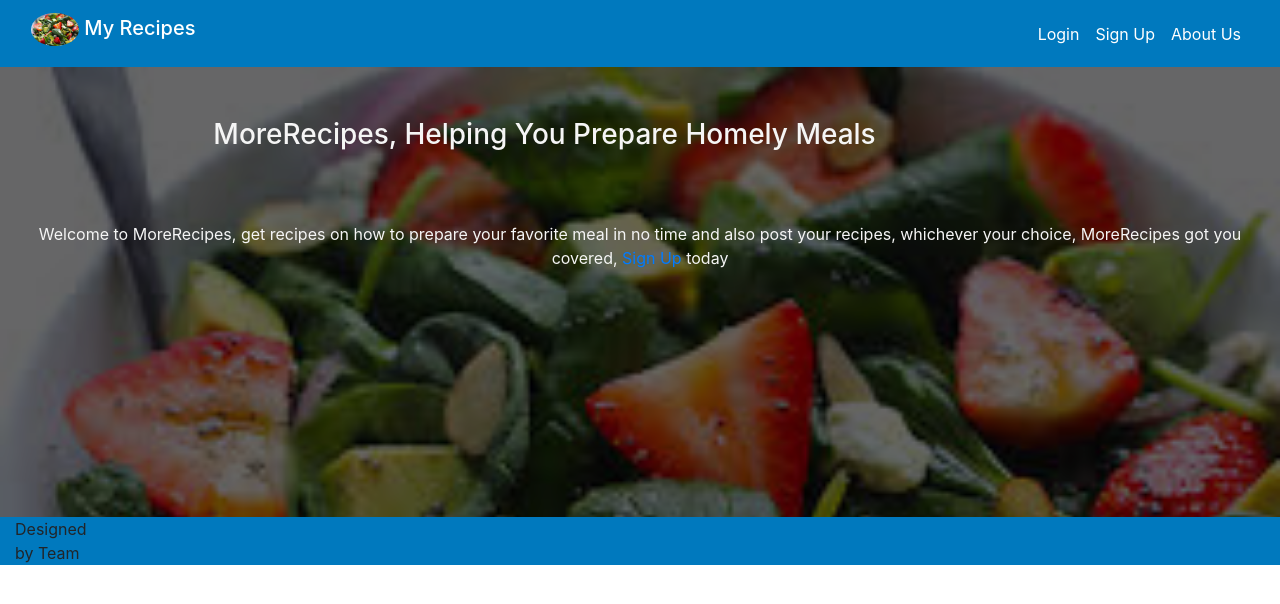
Repository: UggoPrince/more-recipes
Page: html/index.html
The author's editor kept a copy of each file at every save. The page is drawn from the files as they stood at one save, then again after the next save.
The browser window is 1280 px wide. The pictures show the whole page.

Above is the page before, as saved 2018-07-30 07:07:26.

After the next save:
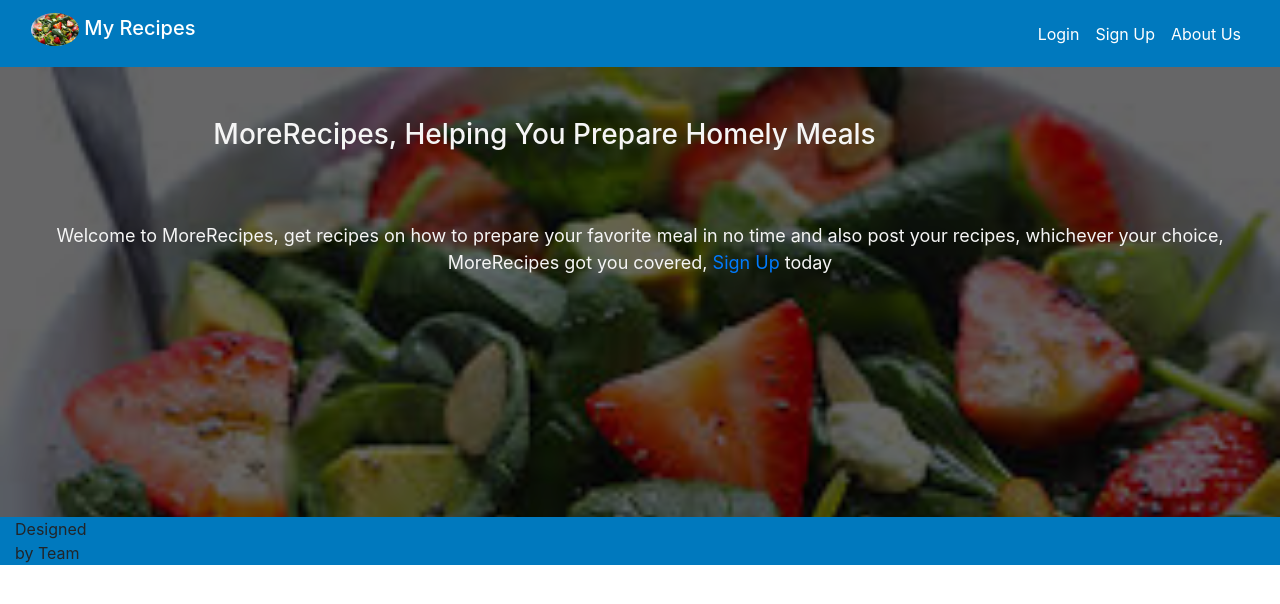
Saved 40 s later.
--- a/html/index.html
+++ b/html/index.html
@@ -60,7 +60,7 @@
         </div>
       </div>
       <center>
-        <div style="padding-top: 5%; padding-bottom: 20%">
+        <div style="padding-top: 5%; padding-bottom: 20%; font-size: 18px">
           Welcome to MoreRecipes, get recipes on how to prepare your favorite meal in no time and also post your recipes, whichever your choice, MoreRecipes got you covered, <a href="signup.html">Sign Up</a> today
         </div>
       </center>
